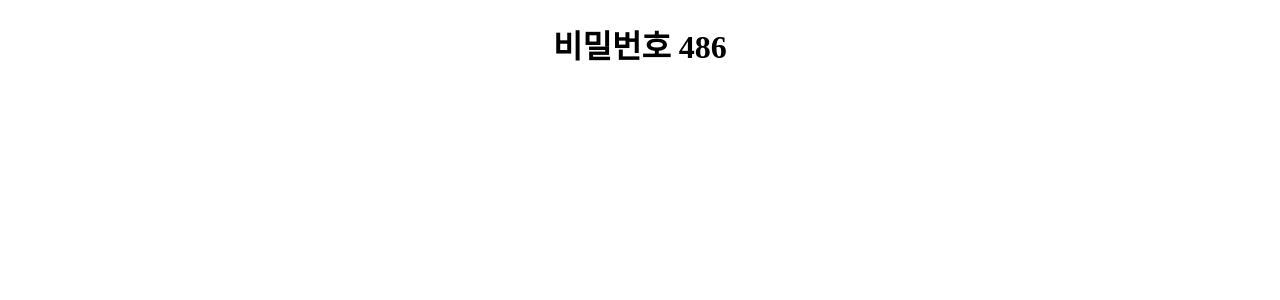
Repository: angwanghyeon/eclipse
Page: http://localhost/sec11/board/boardCheckPass.jsp
The author's editor kept a copy of each file at every save. The page is drawn from the files as they stood at one save, then again after the next save.
The browser window is 1280 px wide. The pictures show the whole page.
The page is served by Tomcat 9.

Above is the page before, as saved 2023-09-06 06:16:37.

After the next save:
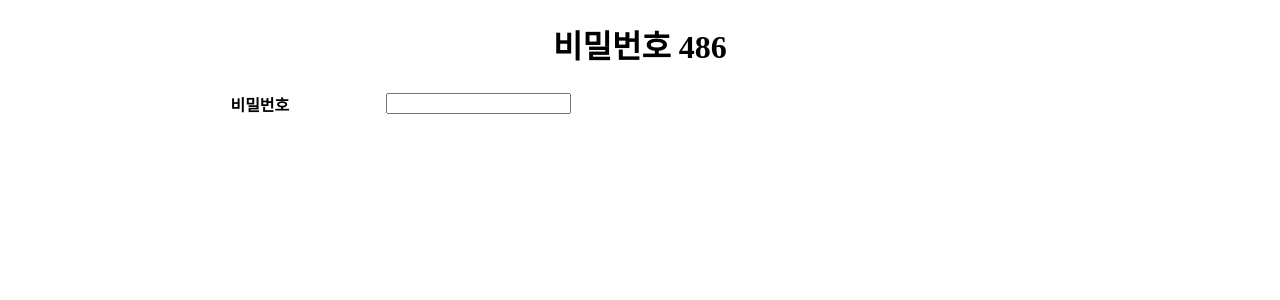
Saved 89 s later.
--- a/sec11/src/main/webapp/board/boardCheckPass.jsp
+++ b/sec11/src/main/webapp/board/boardCheckPass.jsp
@@ -12,6 +12,12 @@
 	<form action="BoardServlet" name="frm" method="get">
 		<input type="hidden" name="command" value="board_check_pass">
 		<input type="hidden" name="num" value="${param.num}">
+		<table style="width:80%;">
+		<tr>
+		 <th>비밀번호</th>
+		 <td><input type="password" name="pass"></td>
+		</tr>
+		</table>
 	</form>
 </div>
 </body>
